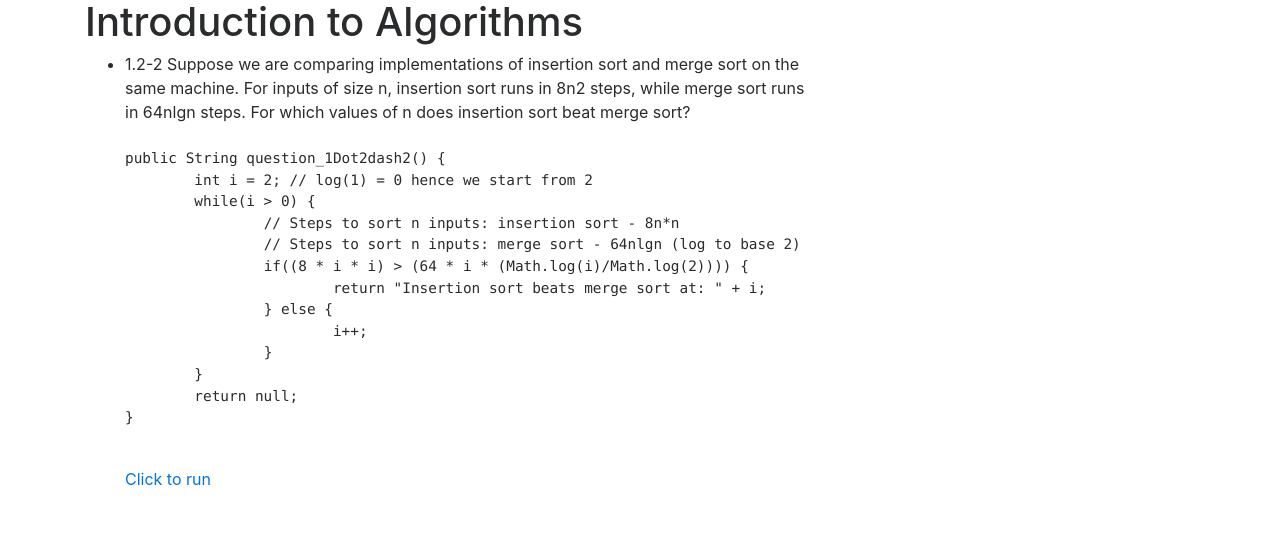
Repository: baltejas/algorithms
Page: http://localhost/algorithms/WEB-INF/views/index.jsp
An editor plug-in stored every save of this project. The page is shown before and after the next save, followed by the edit.
The browser window is 1280 px wide. The pictures show the whole page.
The page is served by Tomcat 9. Nobody is signed in. Other server files are loaded and not shown. The template is opened directly, without the code that normally fills it, so the values that code supplies are empty.

Above is the page before, as saved 2017-05-06 18:49:19.

### algorithms/src/main/webapp/WEB-INF/views/index.jsp
<html>
	<head>
		<link rel="stylesheet" href="resources/css/bootstrap.css">
	</head>
	<body>
		<div class="container">
		<h1>Introduction to Algorithms</h1>
			<div class="row">
				<div class="col-md-8">
					<ul>
						<li>1.2-2 Suppose we are comparing implementations of insertion sort and merge sort on the same machine.
							For inputs of size n, insertion sort runs in 8n2 steps, while merge sort runs in 64nlgn steps.
							For which values of n does insertion sort beat merge sort?<br><br>
								<pre>
public String question_1Dot2dash2() {
	int i = 2; // log(1) = 0 hence we start from 2
	while(i > 0) {
		// Steps to sort n inputs: insertion sort - 8n*n
		// Steps to sort n inputs: merge sort - 64nlgn (log to base 2)
		if((8 * i * i) > (64 * i * (Math.log(i)/Math.log(2)))) {
			return "Insertion sort beats merge sort at: " + i;
		} else {
			i++;
		}
	}
	return null;
}
								</pre>
						<a href="/algorithms/question_1Dot2dash2">Click to run</a>
						<label>${answer}</label>
						</li>
					</ul>
				</div>
			</div>
		</div>
	</body>
</html>

Loaded but not shown: algorithms/src/main/webapp/resources/css/bootstrap.css (library)

After the next save:
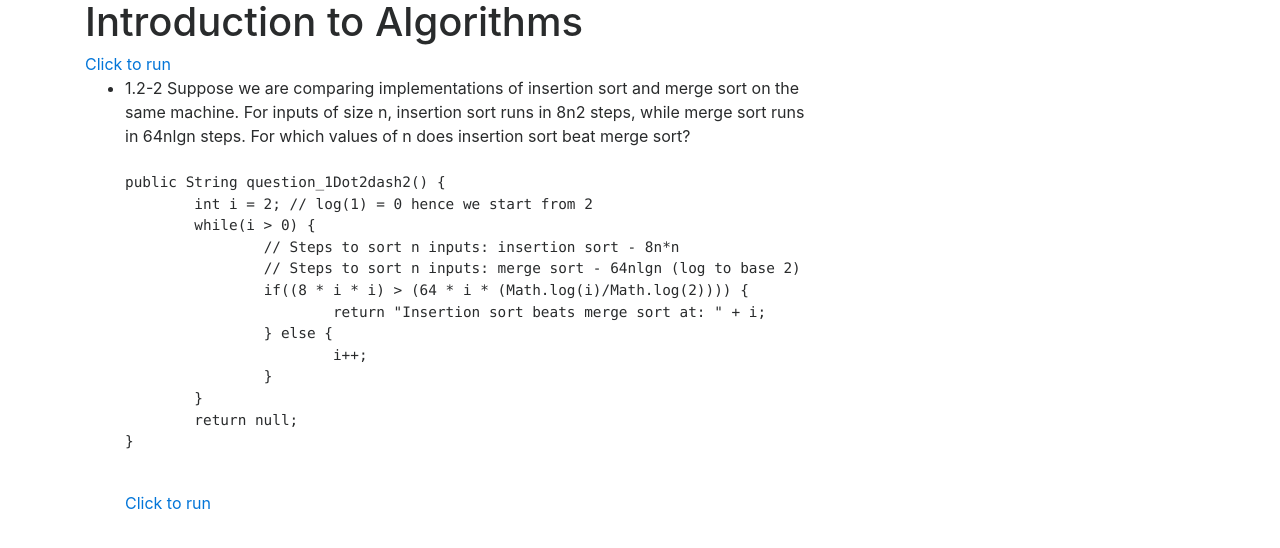
Saved 2 min 47 s later.
--- a/algorithms/src/main/webapp/WEB-INF/views/index.jsp
+++ b/algorithms/src/main/webapp/WEB-INF/views/index.jsp
@@ -5,6 +5,7 @@
 	<body>
 		<div class="container">
 		<h1>Introduction to Algorithms</h1>
+		<a href="/algorithms/question_1Dot2dash2">Click to run</a>
 			<div class="row">
 				<div class="col-md-8">
 					<ul>
